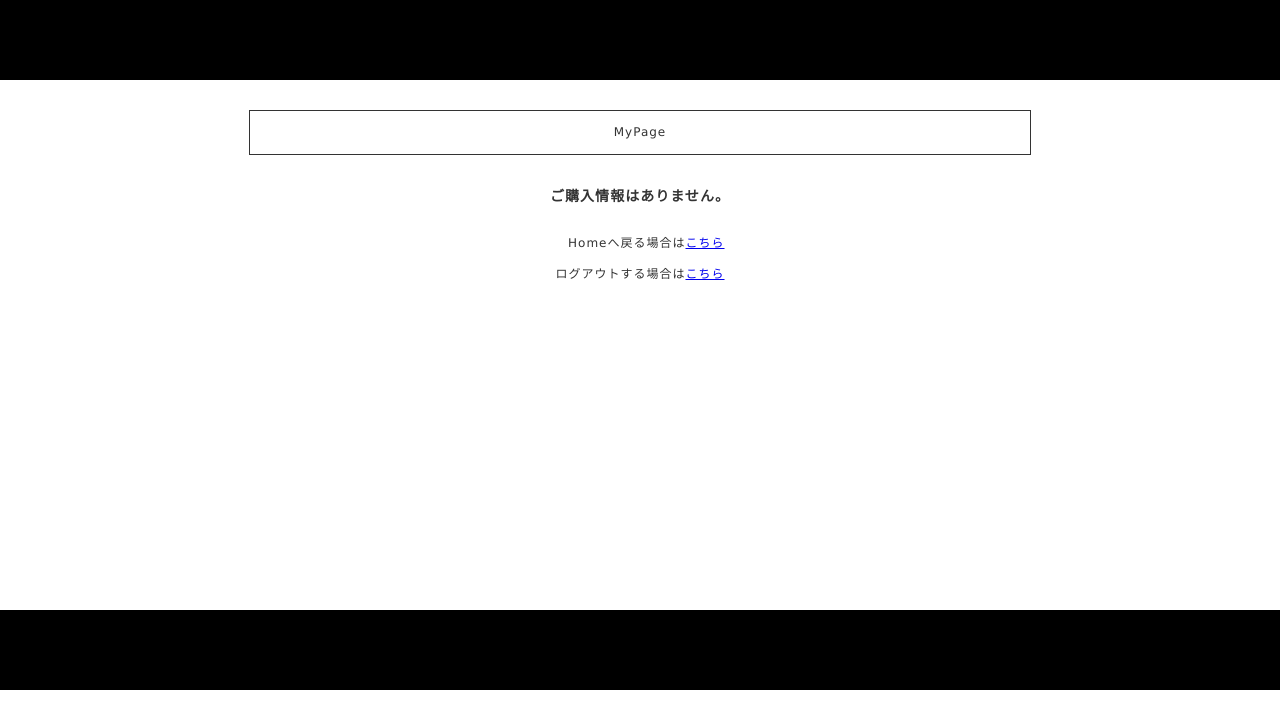
Repository: omochi2213/test
Page: http://localhost/ecsite/myPage.jsp
An editor plug-in stored every save of this project. The page is shown before and after the next save, followed by the edit.
The browser window is 1280 px wide. The pictures show the whole page.
The page is served by Tomcat 9.

Above is the page before, as saved 2018-09-26 06:35:07.

After the next save:
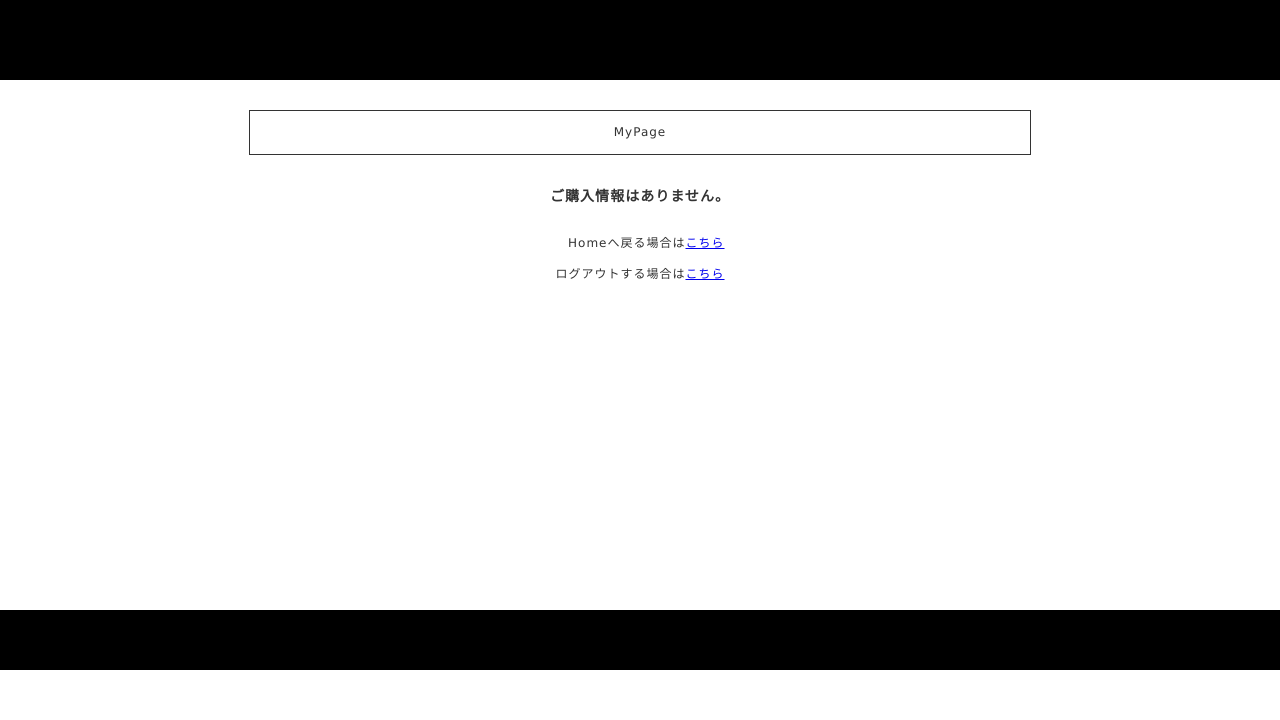
Saved 109 s later.
--- a/ecsite/WebContent/myPage.jsp
+++ b/ecsite/WebContent/myPage.jsp
@@ -43,7 +43,7 @@
 	}
 	#footer{
 	width:100%;
-	height:80px;
+	height:60px;
 	background-color:black;
 	clear:both;
 	}

After the save that followed:
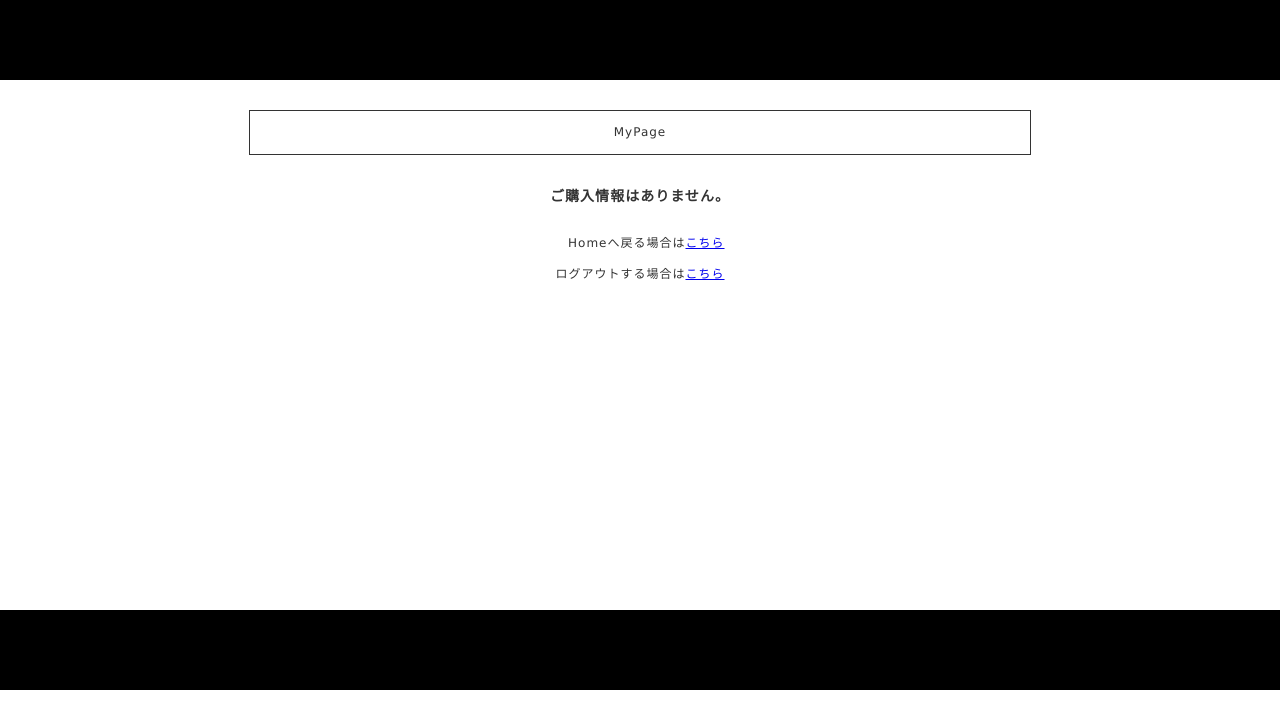
Saved 101 s later.
--- a/ecsite/WebContent/myPage.jsp
+++ b/ecsite/WebContent/myPage.jsp
@@ -43,7 +43,7 @@
 	}
 	#footer{
 	width:100%;
-	height:60px;
+	height:80px;
 	background-color:black;
 	clear:both;
 	}
